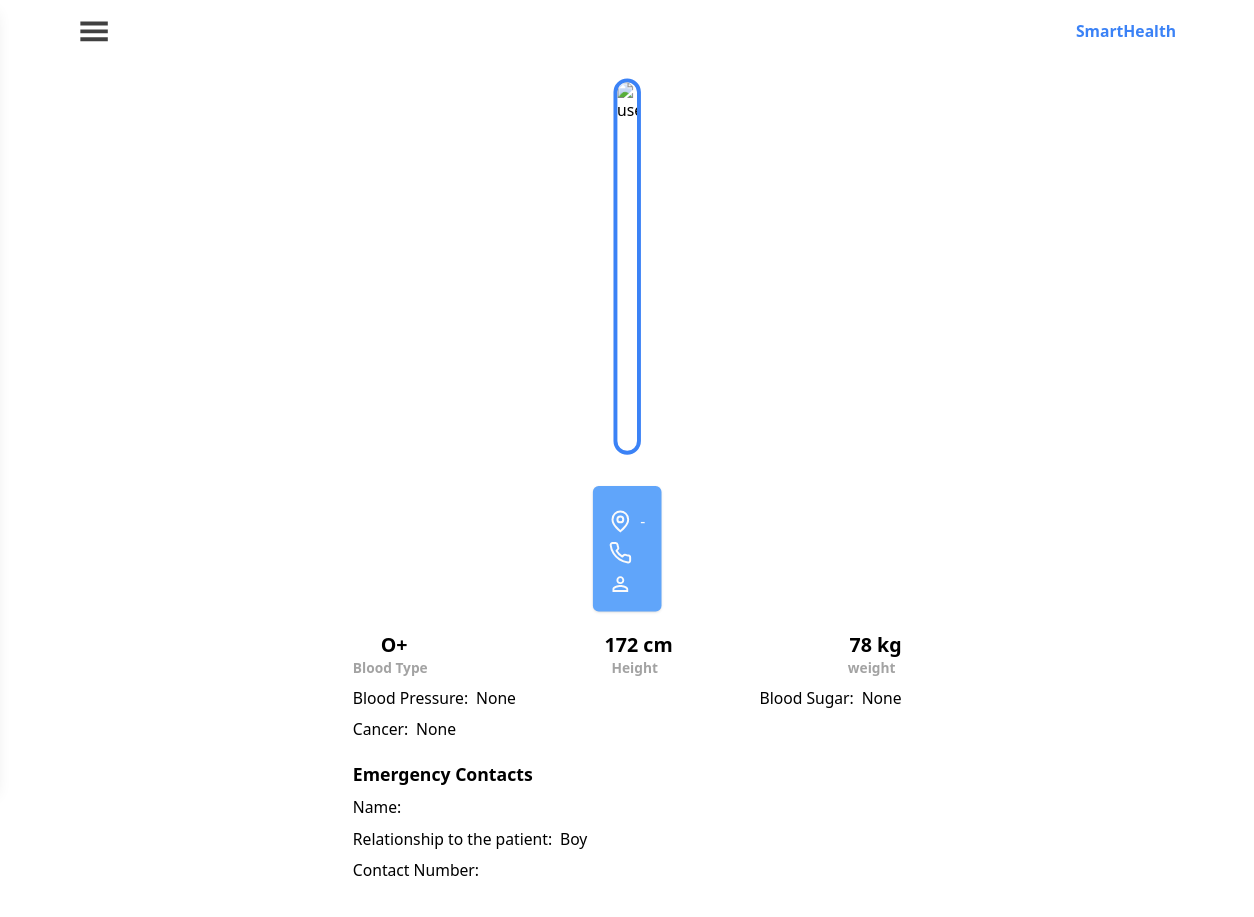
Repository: Sanaa00/HI-user
Page: /home
These files come from the project's save history. The page is drawn as it stood at one moment and after the next save; the edit follows.
The browser window is 1280 px wide. The pictures show the whole page, at 98% of full size.
The page's requests for data from a server got no answer. The project was rebuilt for these pictures with package versions that can differ from the ones it lists, and the page was loaded fresh each time. No one was signed in, and anything a server would have sent is missing. Also part of the build but not shown: vite.config.js, src/App.css, src/Components/Pagination.jsx, src/Pages/Prescription.jsx, src/Components/modalComponent.jsx, src/Pages/Laboratory.jsx, src/Pages/Radiographic.jsx, src/Components/InputField.jsx and 2 more.

Above is the page before, as saved 2024-01-12 21:10:11.

After the next save:
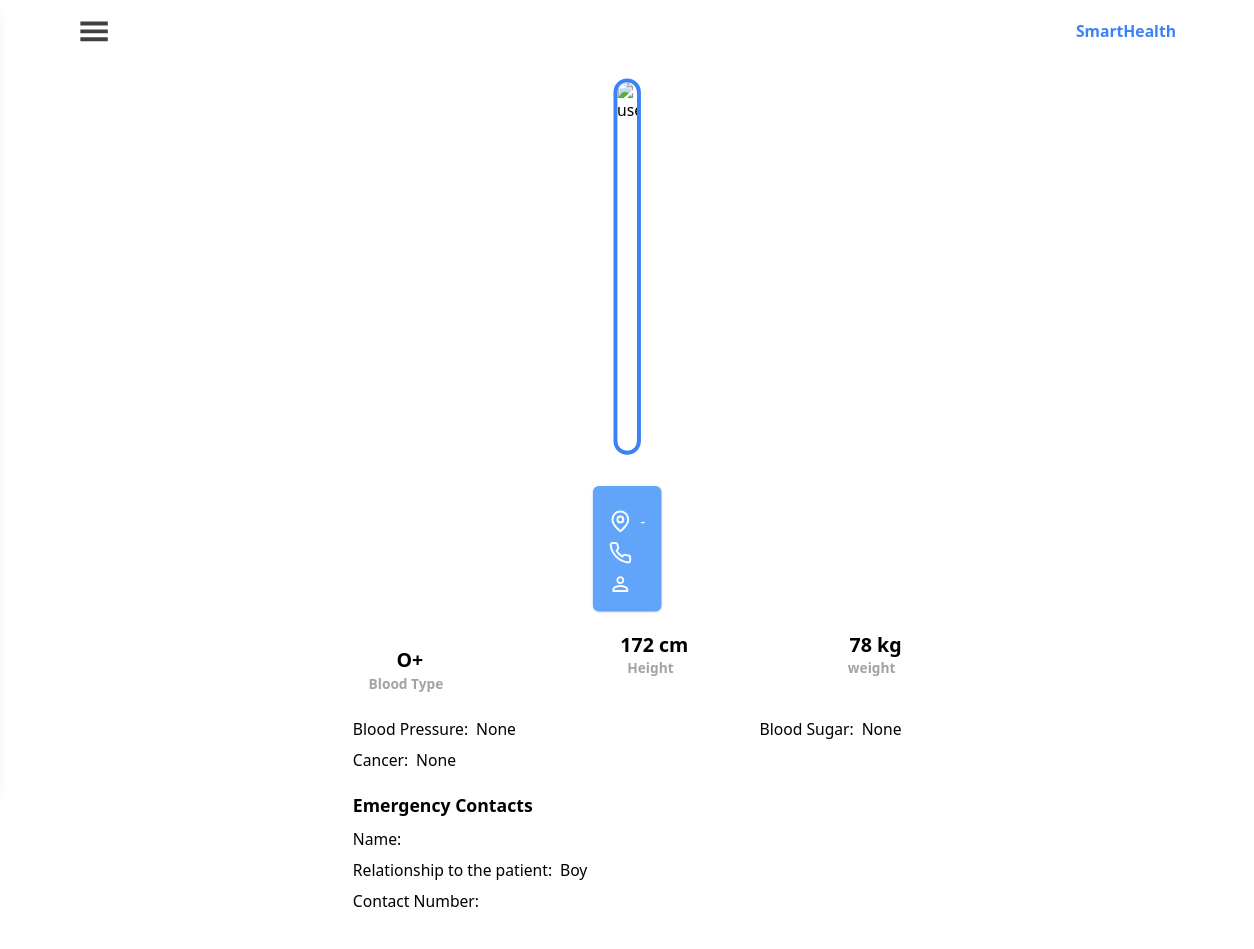
Saved 7 s later.
--- a/src/Pages/Home.jsx
+++ b/src/Pages/Home.jsx
@@ -88,7 +88,7 @@ function Home() {
       <div className="mt-5 flex justify-between  text-lg lg:w-1/2">
         {' '}
         {/* <div className="mt-2 flex justify-between items-center lg:w-1/2"> */}
-        <div className="flex flex-col items-center">
+        <div className="flex flex-col items-center p-4">
           {' '}
           <div className="ml-2 text-xl font-bold">O+</div>
           <div className="text-sm font-semibold text-neutral-400 ">
